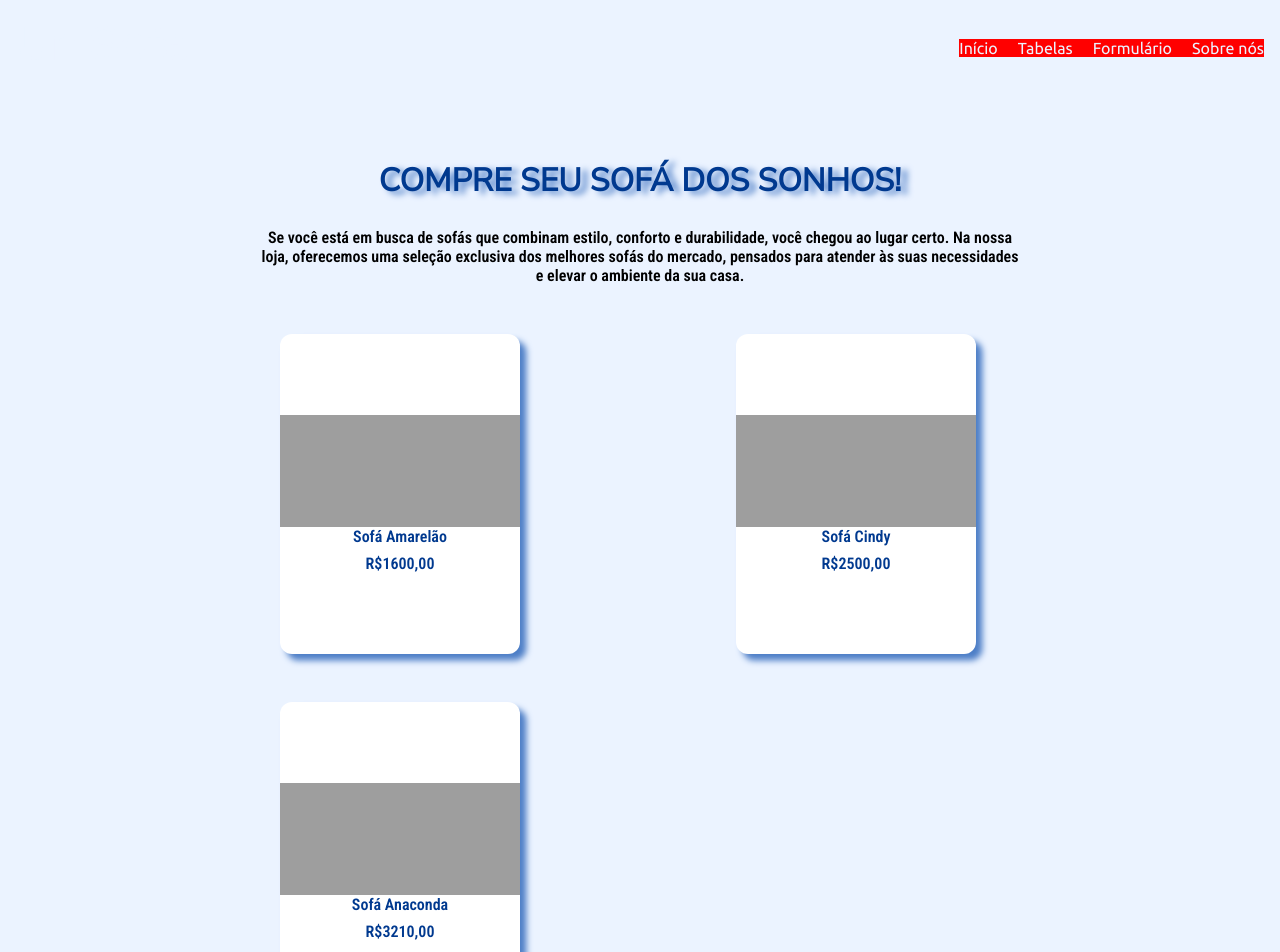
Repository: rafaelhaltarribaFacul/projeto-site
Page: home.html
An editor plug-in stored every save of this project. The page is shown before and after the next save, followed by the edit.
The browser window is 1280 px wide. The pictures show the part of the page from y = 0 to 952 px (the page is 1763 px tall).
Pictures or frames that could not be fetched are drawn as grey boxes. A picture or video elsewhere on the page could not be fetched, so the positions and the page height are approximate. Some web fonts or font styles are not loaded; a fallback is used.

Above is the page before, as saved 2024-09-19 20:05:47.

### home.html
<!DOCTYPE html>
<html lang="en">
  <head>
    <meta charset="UTF-8" />
    <meta name="viewport" content="width=device-width, initial-scale=1.0" />
    <link rel="stylesheet" href="css/home.css" />
    <title>UniSofa</title>
  </head>

  <body>
    <header class="cabecalho">
      <div class="cabecalho__logo">
        <a href="./home.html" class="link-logo" aria-label="Ir para a página inicial">UniSofa</a>
      </div>
      <nav class="cabecalho__menu">
        <a class="menu" href="./home.html" aria-label="Ir para a página inicial">Início</a>
        <a class="menu" href="./produtos.html" aria-label="Ver tabelas de produtos">Tabelas</a>
        <a class="menu" href="./cadastro.html" aria-label="Ir para o formulário de contato">Formulário</a>
        <a class="menu" href="./sobre.html" aria-current="page" aria-label="Página atual: Sobre nós">Sobre nós</a>
      </nav>
    </header>

    <main>
      <div class="C-titulo">
        <div class="titulo">
          <h1>COMPRE SEU SOFÁ DOS SONHOS!</h1>
        </div>
        <p>
          Se você está em busca de sofás que combinam estilo, conforto e
          durabilidade, você chegou ao lugar certo. Na nossa loja, oferecemos uma
          seleção exclusiva dos melhores sofás do mercado, pensados para atender
          às suas necessidades e elevar o ambiente da sua casa.
        </p>
      </div>

      <div class="cart-items-container">
        <a href="produtos.html" aria-label="Ver detalhes do Sofá Amarelão">
          <div class="cart-item">
            <span class="itens-sofa">
              <img src="./img/amarelao.webp" alt="sofa amarelo" />
              <div class="content">
                <h3>Sofá Amarelão</h3>
                <div class="price">R$1600,00</div>
              </div>
            </span>
          </div>
        </a>
        <a href="produtos.html">
          <div class="cart-item">
            <span class="itens-sofa">
              <img src="./img/cindy.webp" alt="sofa marrom" />
              <div class="content">
                <h3>Sofá Cindy</h3>
                <div class="price">R$2500,00</div>
              </div>
            </span>
          </div>
        </a>
        <a href="produtos.html">
          <div class="cart-item">
            <span class="itens-sofa">
              <img src="./img/sofa-anaconda.webp" alt="sofa branco" />
              <div class="content">
                <h3>Sofá Anaconda</h3>
                <div class="price">R$3210,00</div>
              </div>
            </span>
          </div>
        </a>
      </div>
    </main>

    <footer class="rodape">
      <p class="rodape__links">
        Acesse nossas páginas nas redes sociais:
        <br />
      </p>
      <section class="icones__links">
        <a href="https://www.instagram.com/" rel="noopener noreferrer" aria-label="Siga-nos no Instagram">
          <img src="./img/icone-instagram.png" alt="Logo instagram" />
        </a>
        <a href="https://www.whatsapp.com/" rel="noopener noreferrer" aria-label="Entre em contato conosco pelo WhatsApp">
          <img src="./img/icone-whastapp.png" alt="Logo whatsapp" />
        </a>
        <a href="https://www.facebook.com/" rel="noopener noreferrer" aria-label="Siga-nos no Facebook">
          <img src="./img/icone-facebook.png" alt="Logo facebook" />
        </a>
        <a href="https://www.linkedin.com/" rel="noopener noreferrer" aria-label="Conecte-se conosco no LinkedIn">
          <img src="./img/icone-linkedin.png" alt="Logo linkedin" />
        </a>
      </section>
      <p class="rodape__paragrafo">
        <br />Copyright &copy; 2024 UniSofa. Todos os direitos reservados.<br />
        Endereço: Rodovia, SC-401, 3730 - Saco Grande, Florianópolis - SC,
        88032-005
      </p>
    </footer>
  </body>
</html>

### css/home.css
@import url("https://fonts.googleapis.com/css2?family=New+Amsterdam&display=swap");
@import url("https://fonts.googleapis.com/css2?family=Ubuntu&display=swap");
@import url("https://fonts.googleapis.com/css2?family=Nunito+Sans:opsz@6..12&family=Ubuntu&display=swap");
@import url("https://fonts.googleapis.com/css2?family=Nunito+Sans:opsz@6..12&family=Roboto+Condensed:wght@600&family=Ubuntu&display=swap");

:root {
    --cor-pricipal: #00398f;
    --cor-secundaria: #4d7ec7;
    --cor-terciaria: #99c2ff;
    --cor-quaternaria: #ebf3ff;
    --cor-quintenaria: #000001;

    --fonte-logo: "New Amsterdam", sans-serif;
    --fonte-principal: "Nunito Sans", sans-serif;
    --fonte-secundaria: "Roboto Condensed", sans-serif;
    --fonte-terciaria: "Ubuntu", sans-serif;

    font-size: 16px;
}

* {
    text-decoration: none;
    margin: 0;
    padding: 0;
    box-sizing: border-box;
}

body {
    background-color: var(--cor-quaternaria);
    color: var(--cor-quintenaria);
    font-family: var(--fonte-principal);
    margin: 0;
    padding: 0;
    min-height: 100vh;
    display: flex;
    flex-direction: column;
}

.cabecalho {
    display: flex;
    justify-content: space-between;
    align-items: center;
    padding: 1rem;
    flex-wrap: wrap;
}

.cabecalho__logo {
    margin-bottom: 0.5rem;
}

.cabecalho__menu {
    display: flex;
    gap: 1rem;
    flex-wrap: wrap;
    background-color: red;
}

.link-logo {
    font-family: var(--fonte-logo);
    color: var(--cor-quaternaria);
    font-size: 3rem;
}

.cabecalho__menu {
    display: flex;
    gap: 1.25rem;
}

.menu {
    color: var(--cor-quaternaria);
    font-family: var(--fonte-terciaria);
}

.rodape {
    background-color: var(--cor-pricipal);
    color: var(--cor-quaternaria);
    text-align: center;
    padding: 1rem;
    margin-top: auto;
}

.icones__links {
    display: inline;
}

.rodape__paragrafo {
    margin-top: -15px;
}

@media (max-width: 768px) {
    .cabecalho {
        flex-direction: column;
        align-items: flex-start;
        padding: 1rem;
    }

    .cabecalho__menu {
        flex-direction: column;
        gap: 0.5rem;
        margin-top: 1rem;
    }

    .cart-items-container {
        gap: 2rem 6rem;
        width: 80vw;
        padding: 16px;
    }

    .cart-items-container .cart-item {
        width: 12rem;
    }
}

.cart-items-container {
    display: grid;
    grid-template-columns: repeat(auto-fit, minmax(200px, 1fr));
    gap: 3rem 12rem;
    width: 60vw;
    margin: auto;
    margin-top: 16px;
    background-color: var(--cor-quaternaria);
    padding: 24px;
}

.cart-items-container .cart-item {
    display: flex;
    align-items: center;
    width: 15rem;
    background-color: white;
    box-shadow: var(--cor-secundaria) 0.4em 0.4em 0.4em;
    height: 20rem;
    border-radius: 12px;
}

.cart-items-container .cart-item .itens-sofa {
    display: flex;
    flex-direction: column;
    font-size: 2rem;
    cursor: pointer;
    text-align: center;
    width: 15rem;
}

.cart-items-container .cart-item .itens-sofa:hover {
    color: var(--cor-pricipal);
}

.cart-items-container .cart-item img {
    height: 7rem;
    width: 15rem;
}

.cart-items-container .cart-item .content h3 {
    font-size: 1rem;
    color: var(--cor-pricipal);
    font-family: var(--fonte-secundaria);
    padding-bottom: .5rem;
}

.cart-items-container .cart-item .content .price {
    font-size: 1rem;
    color: var(--cor-pricipal);
    font-family: var(--fonte-secundaria);
}

.titulo {
    font-family: var(--fonte-principal);
    text-align: center;
    color: var(--cor-pricipal);
    text-shadow: var(--cor-secundaria) 0.4em 0.2em 0.4em;
    margin-top: 5%;
    margin-bottom: 2%;
}

.C-titulo p {
    font-family: var(--fonte-secundaria);
    color: var(--cor-quintenaria);
    text-align: center;
    margin: auto;
    width: 60vw;
    margin-bottom: 2%;
}

@media screen and (max-width: 480px) {
    .cabecalho__menu {
        flex-direction: column;
        align-items: flex-start;
    }
}

After the next save:
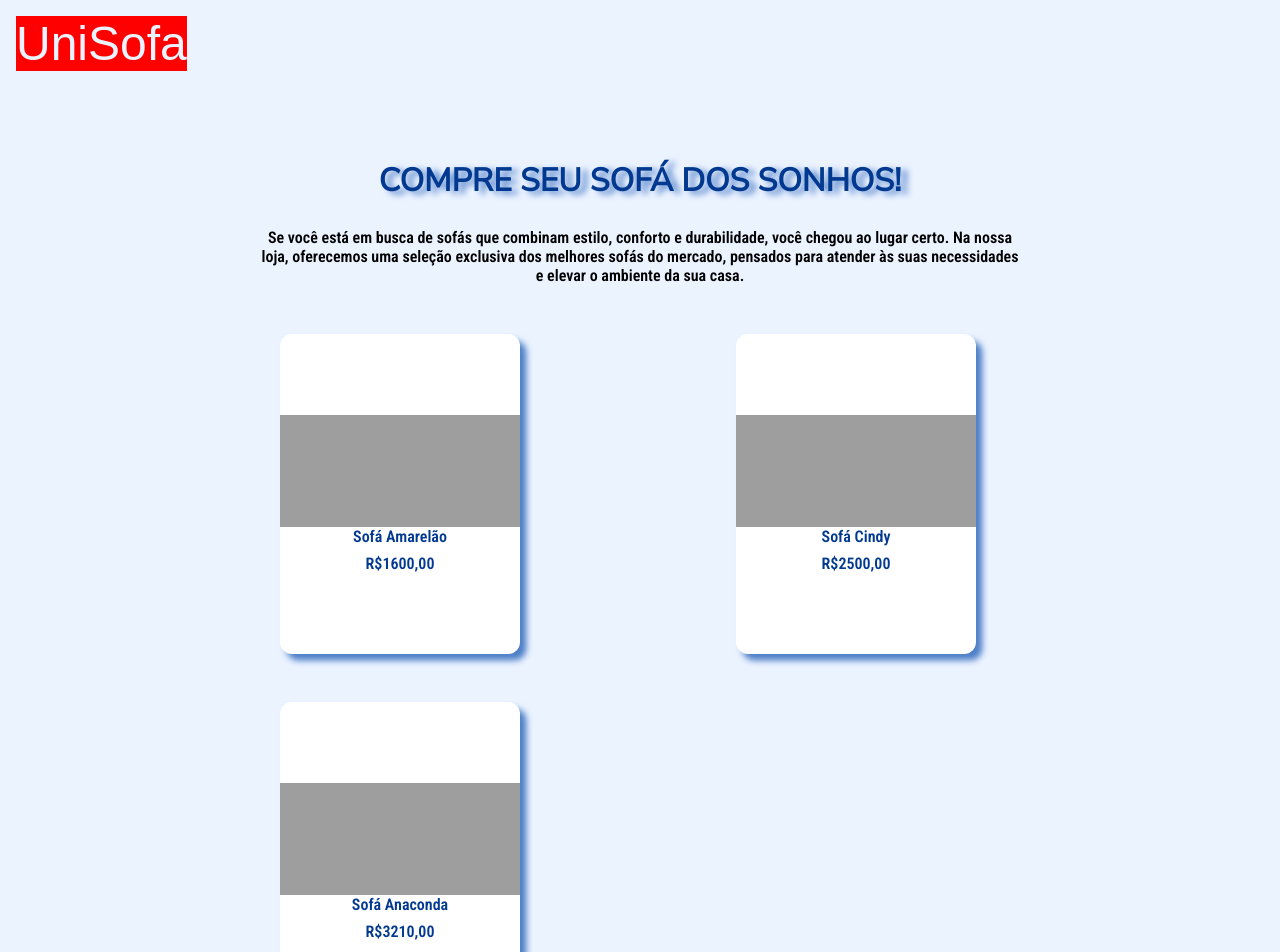
Saved 10 s later.
--- a/css/home.css
+++ b/css/home.css
@@ -46,13 +46,13 @@ body {
 
 .cabecalho__logo {
     margin-bottom: 0.5rem;
+    background-color: red;
 }
 
 .cabecalho__menu {
     display: flex;
     gap: 1rem;
     flex-wrap: wrap;
-    background-color: red;
 }
 
 .link-logo {
